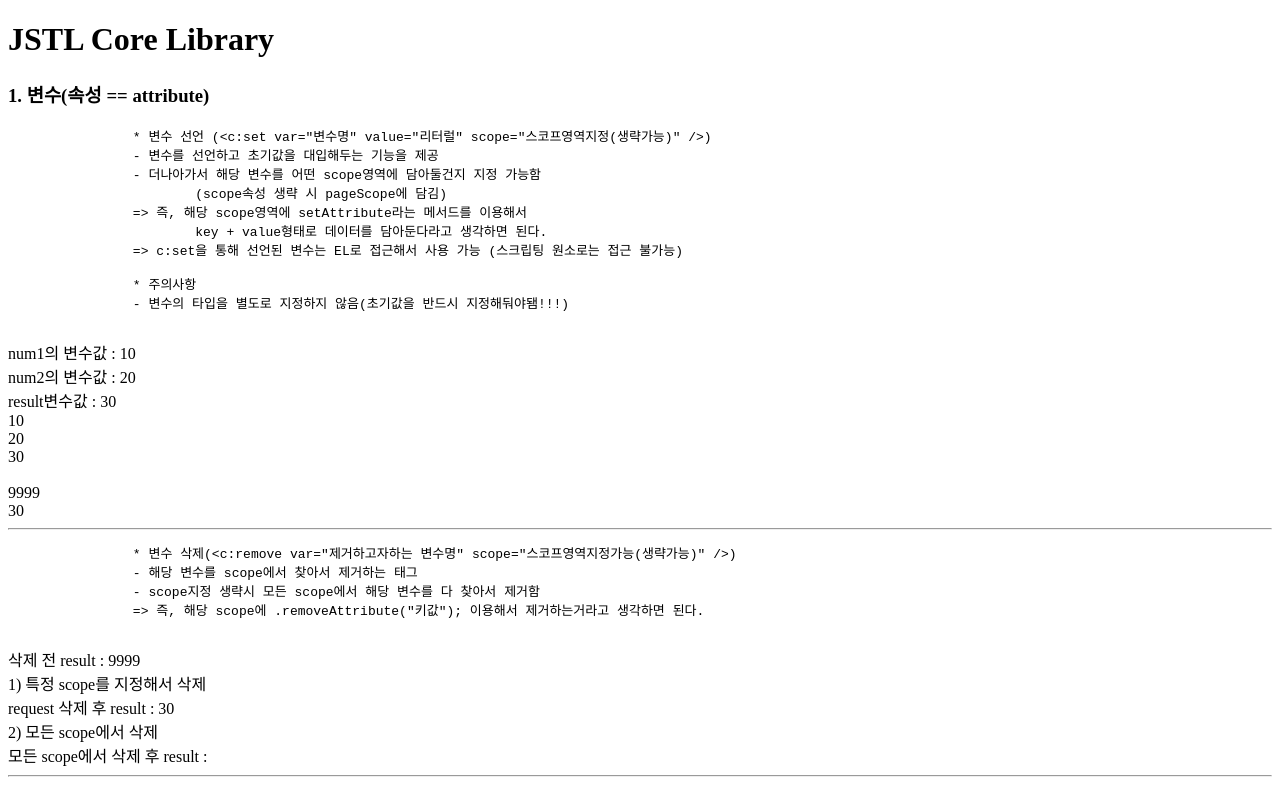
Repository: DonghwanSon1/ajax-jsp-study
Page: http://localhost/ActionProject/views/3_CustomAction/01_core.jsp
The author's editor kept a copy of each file at every save. The page is drawn from the files as they stood at one save, then again after the next save.
The browser window is 1280 px wide. The pictures show the whole page.
The page is served by Tomcat 9.

Above is the page before, as saved 2022-07-12 06:47:15.

After the next save:
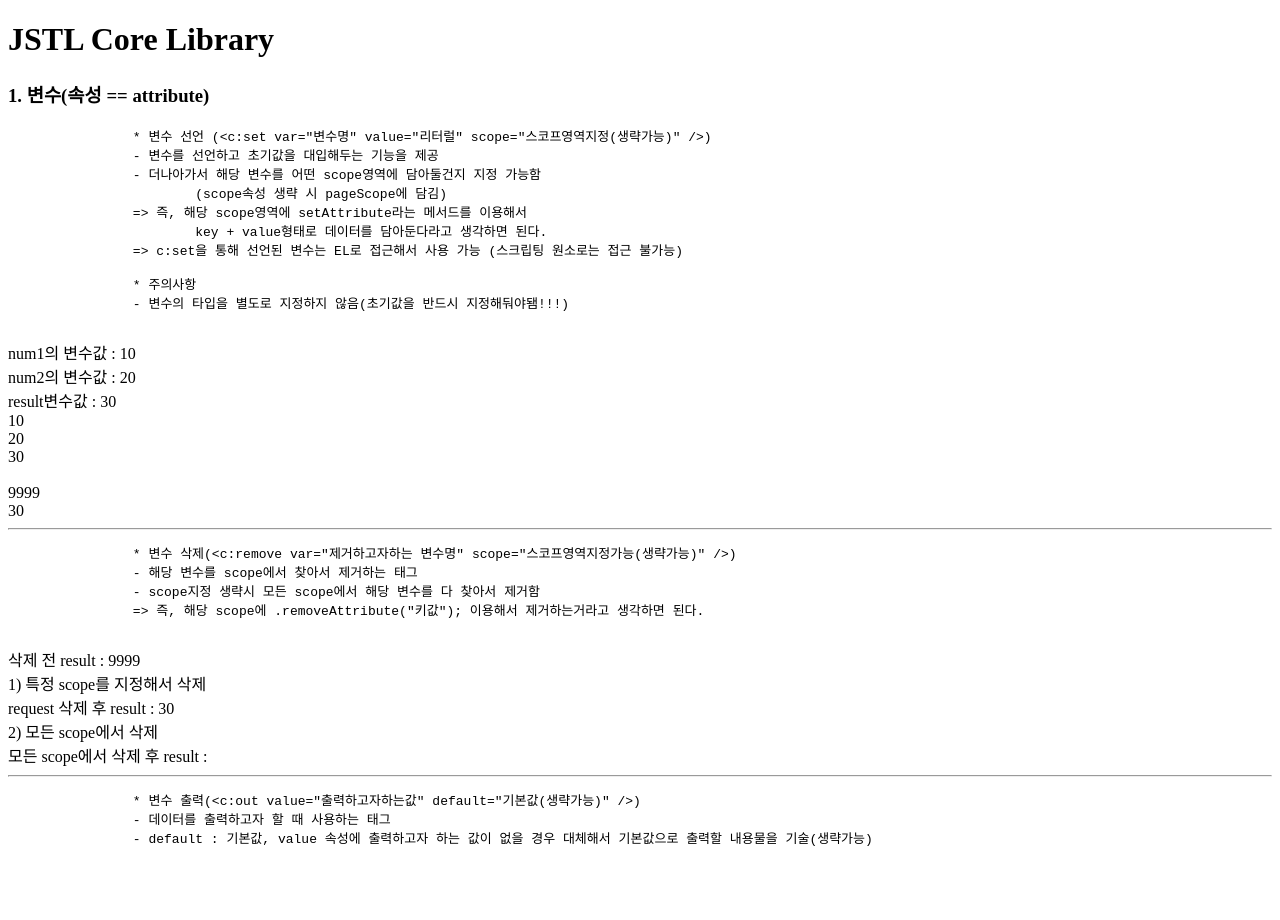
Saved 3 min 8 s later.
--- a/ActionProject/WebContent/views/3_CustomAction/01_core.jsp
+++ b/ActionProject/WebContent/views/3_CustomAction/01_core.jsp
@@ -73,7 +73,14 @@
 
 	<hr>
 
+	<pre>
+		* 변수 출력(&lt;c:out value="출력하고자하는값" default="기본값(생략가능)" /&gt;)
+		- 데이터를 출력하고자 할 때 사용하는 태그
+		- default : 기본값, value 속성에 출력하고자 하는 값이 없을 경우 대체해서 기본값으로 출력할 내용물을 기술(생략가능)
 
+
+
+	</pre>
 
 
 
